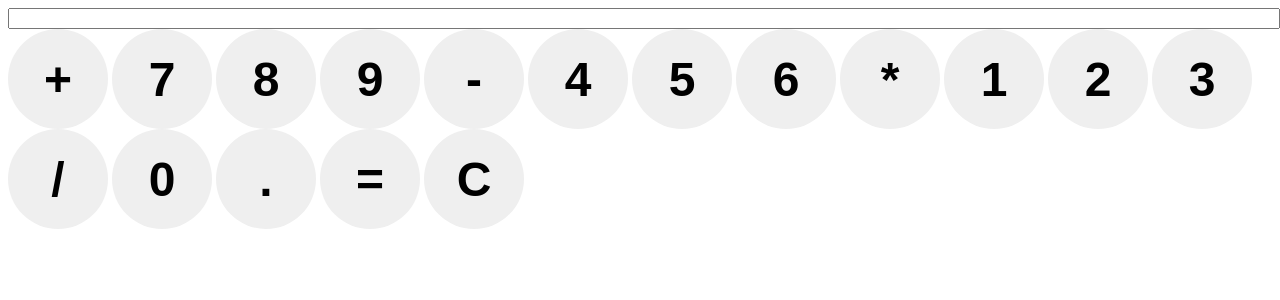
Repository: 23HarveyJi/25-Fall_chillguys
Page: calculator.html
The author's editor kept a copy of each file at every save. The page is drawn from the files as they stood at one save, then again after a run of saves.
The browser window is 1280 px wide. The pictures show the whole page.

Above is the page before, as saved 2025-10-10 15:04:14.

### calculator.html
<!DOCTYPE html>
<html lang="en">
    <head>
        <meta charset="UTF-8" />
        <meta name="viewport" content="width=device-width, initial-scale=1.0" />
        <title>Document</title>
        <link rel="stylesheet" href="calculator.css">
    </head>
    <body>

        <div id="calculator">
            <input id="display" readonly>
            <div id="keys">
                <button onclick="appendToDisplay('+')">+</button>
                <button onclick="appendToDisplay('7')">7</button>
                <button onclick="appendToDisplay('8')">8</button>
                <button onclick="appendToDisplay('9')">9</button>
                <button onclick="appendToDisplay('-')">-</button>
                <button onclick="appendToDisplay('4')">4</button>
                <button onclick="appendToDisplay('5')">5</button>
                <button onclick="appendToDisplay('6')">6</button>
                <button onclick="appendToDisplay('*')">*</button>
                <button onclick="appendToDisplay('1')">1</button>
                <button onclick="appendToDisplay('2')">2</button>
                <button onclick="appendToDisplay('3')">3</button>
                <button onclick="appendToDisplay('/')">/</button>
                <button onclick="appendToDisplay('0')">0</button>
                <button onclick="appendToDisplay('.')">.</button>
                <button onclick="calculate()">=</button>
                <button onclick="clearDisplay"()>C</button>
            </div>
        </div>
    </body>

### calculator.css
#caculator{
    font-family: Arial, sans-serif;
    background-color: hsl(0,0%,15%);
    border-radius: 15px;
    max-width: 500px;
    overflow: hidden
}
#display{
    width: 100%;
    padding: 20px
    font-size: 5rem;
    text-align: right;

}
.keys{
    display: grid;
    grid-template-columns: repeat(4, 1fr);
    gap: 10px;
    padding: 25px;
}

button{
    width: 100px;
    height: 100px;
    border-radius: 50px;
    border: none;
    background-color: lightgray
    color: white;
    font-size: 3rem;
    font-weight: bold;
    cursor: pointer;
}

After the next 4 saves:
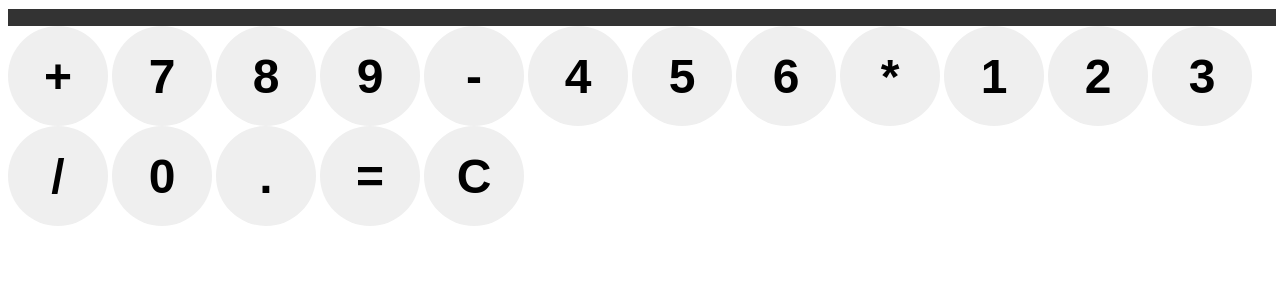
The 4 saves are shown as one change because they came seconds apart.
The last was saved 15 s later.
--- a/calculator.css
+++ b/calculator.css
@@ -9,7 +9,9 @@
     width: 100%;
     padding: 20px
     font-size: 5rem;
-    text-align: right;
+    text-align: :left;
+    border: none;
+    background-color: hsl(0,0%,20%);
 
 }
 .keys{
